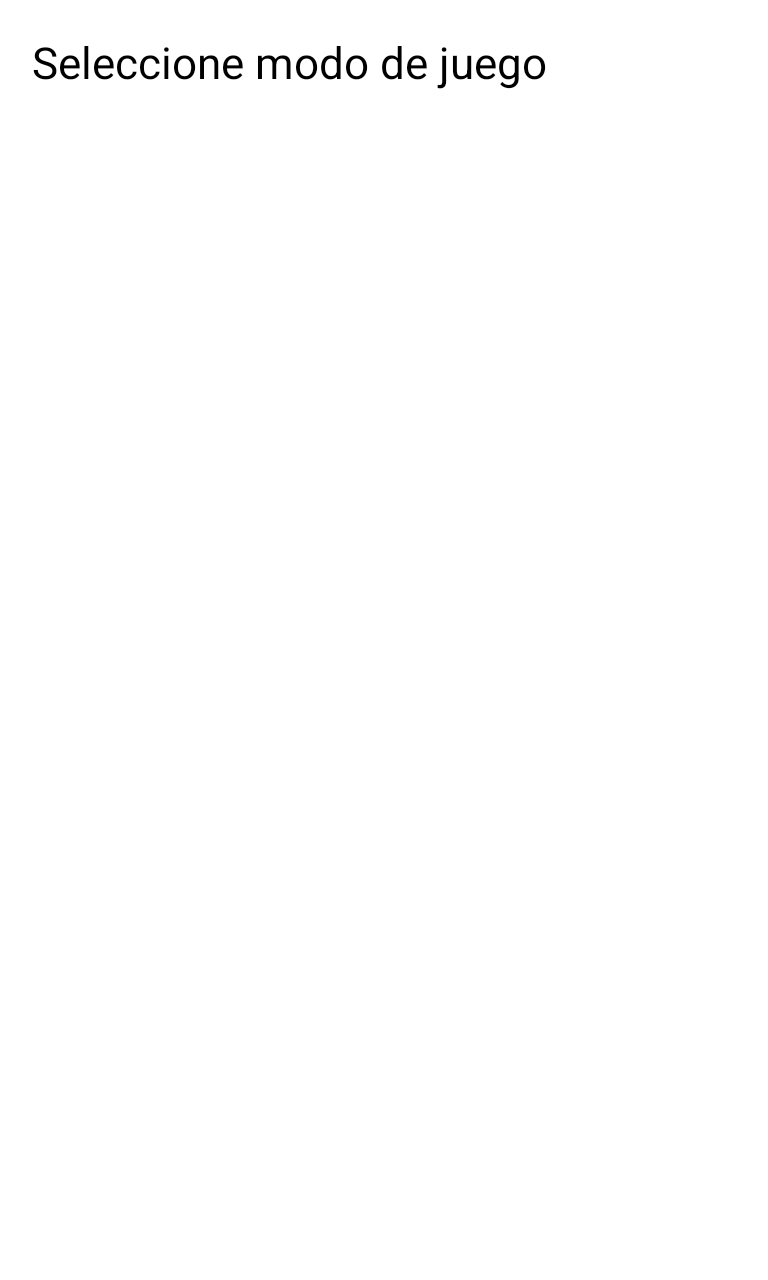
Repository: ivan-yc/miProyecto
Layout: TresEnRaya/res/layout/activity_main.xml
An editor plug-in stored every save of this project. The layout is shown before and after the next save, followed by the edit.
It is drawn on a 768 x 1280 px phone screen (xhdpi) without system bars, with theme AppTheme; the app's code is not run.

Above is the layout before, as saved 2013-05-16 19:46:07.

### TresEnRaya/res/layout/activity_main.xml
<RelativeLayout xmlns:android="http://schemas.android.com/apk/res/android"
    xmlns:tools="http://schemas.android.com/tools"
    android:layout_width="match_parent"
    android:layout_height="match_parent"
    android:paddingBottom="@dimen/activity_vertical_margin"
    android:paddingLeft="@dimen/activity_horizontal_margin"
    android:paddingRight="@dimen/activity_horizontal_margin"
    android:paddingTop="@dimen/activity_vertical_margin"

    tools:context=".MainActivity" >

    <TextView
        android:id="@+id/textView1"
        android:layout_width="wrap_content"
        android:layout_height="wrap_content"
        android:layout_alignParentLeft="true"
        android:layout_alignParentTop="true"
        android:text="Seleccione modo de juego"
        android:textAppearance="?android:attr/textAppearanceLarge" />

</RelativeLayout>

Loaded but not shown: TresEnRaya/res/values/styles.xml (common file); TresEnRaya/res/values-v11/styles.xml (common file); TresEnRaya/res/values-v14/styles.xml (common file); TresEnRaya/res/values/dimens.xml (common file)

After the next save:
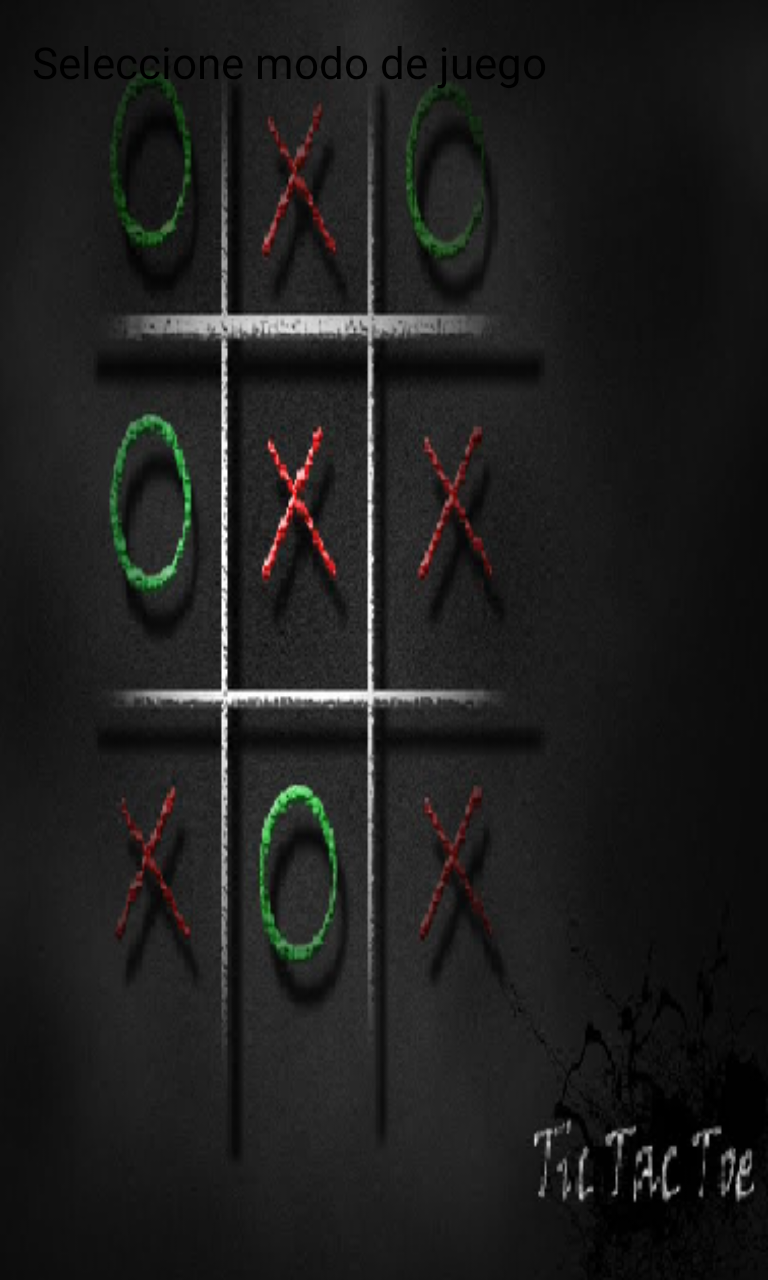
Saved 17 min 39 s later.
--- a/TresEnRaya/res/layout/activity_main.xml
+++ b/TresEnRaya/res/layout/activity_main.xml
@@ -6,7 +6,7 @@
     android:paddingLeft="@dimen/activity_horizontal_margin"
     android:paddingRight="@dimen/activity_horizontal_margin"
     android:paddingTop="@dimen/activity_vertical_margin"
-
+    android:background="@drawable/BGttt"
     tools:context=".MainActivity" >
 
     <TextView
